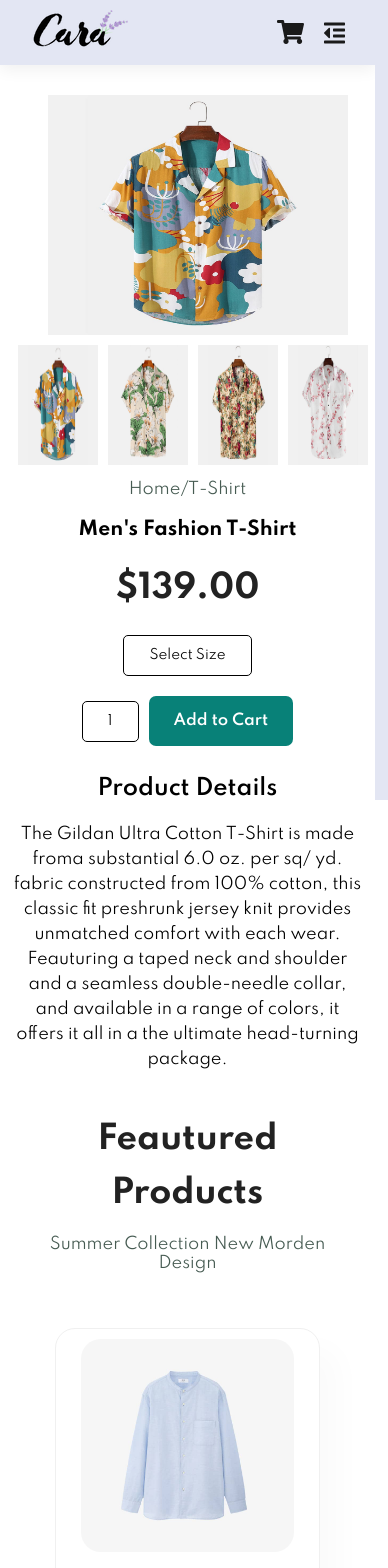
Repository: Daryllgio/E-Commerce-Website-UI
Page: ItemDetail.html
These files come from the project's save history. The page is drawn as it stood at one moment and after the next save; the edit follows.
The browser window is 375 px wide. The page is 388 px wide, so the pictures cover 388 px, including what lies to the right of the window. The pictures show the part of the page from y = 0 to 1568 px (the page is 3987 px tall).
Some web libraries are served in a nearby version.

Above is the page before, as saved 2025-01-09 10:12:47.

After the next save:
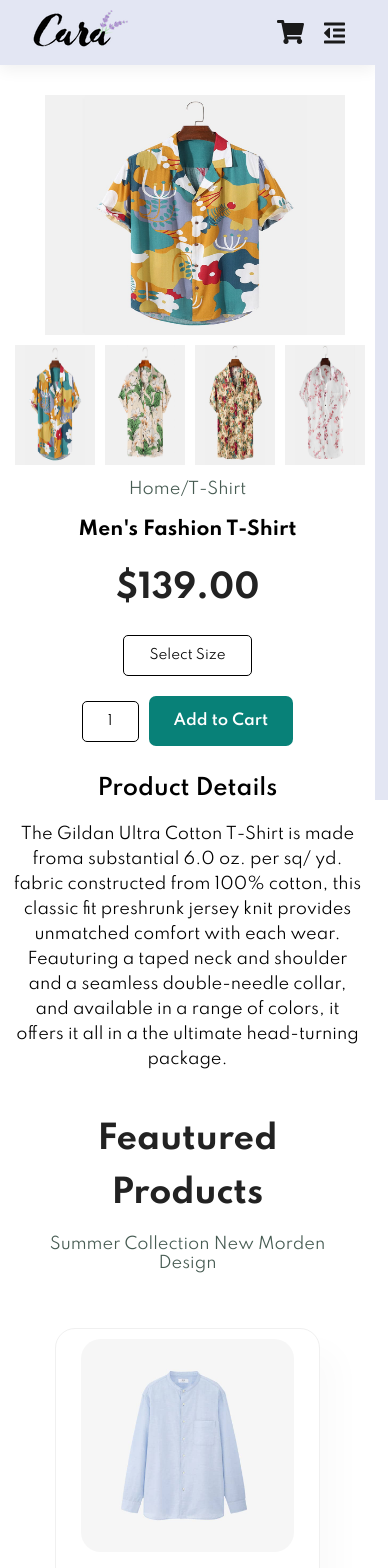
Saved 9 s later.
--- a/style.css
+++ b/style.css
@@ -1159,7 +1159,7 @@ body {
     align-items: center;
     justify-content: center;
     flex-direction: column;
-    margin-left: 50px;
+    margin-left: 45px;
   }
 
   #Product-Detail-Container .OptionSubContainer {
